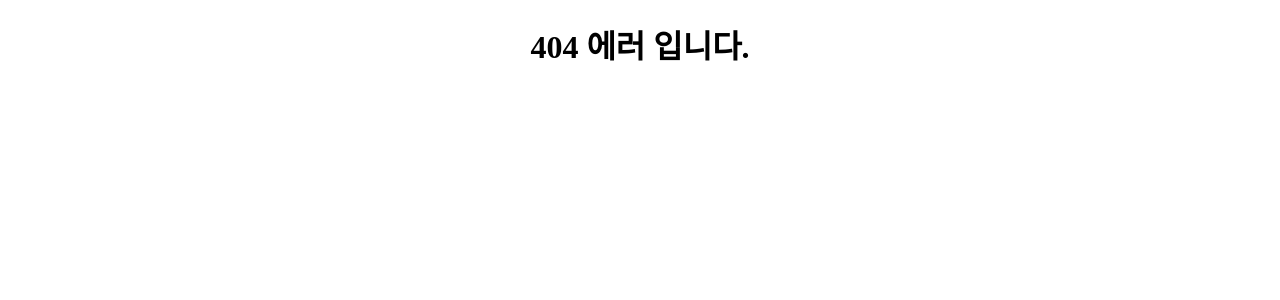
Repository: JeongDaejin/JSP-
Page: http://localhost/ServletTest/404error.jsp
These files come from the project's save history. The page is drawn as it stood at one moment and after the next save; the edit follows.
The browser window is 1280 px wide. The pictures show the whole page.
The page is served by Tomcat 9. Other server files are loaded and not shown.

Above is the page before, as saved 2023-02-01 09:59:26.

### JSPExam2/ServletTest/src/main/webapp/404error.jsp
<%@ page language="java" contentType="text/html; charset=EUC-KR"
    pageEncoding="EUC-KR"%>
<%@ page isErrorPage="true" %>
<% response.setStatus(200); %>
<!DOCTYPE html>

<html>
<head>
<meta charset="EUC-KR">
<title>Insert title here</title>
</head>
<body>
<h1 style="text-align: center">404 에러 입니다.</h1>
</body>
</html>

After the next save:
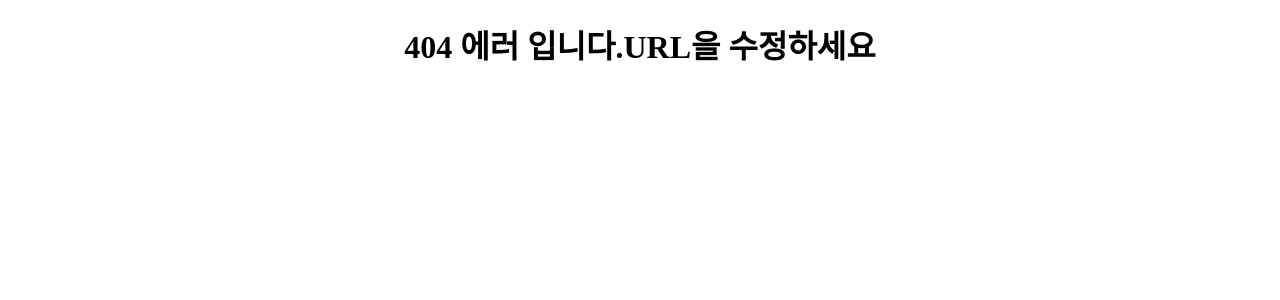
Saved 2 min 49 s later.
--- a/JSPExam2/ServletTest/src/main/webapp/404error.jsp
+++ b/JSPExam2/ServletTest/src/main/webapp/404error.jsp
@@ -10,6 +10,6 @@
 <title>Insert title here</title>
 </head>
 <body>
-<h1 style="text-align: center">404 에러 입니다.</h1>
+<h1 style="text-align: center">404 에러 입니다.URL을 수정하세요</h1>
 </body>
 </html>
